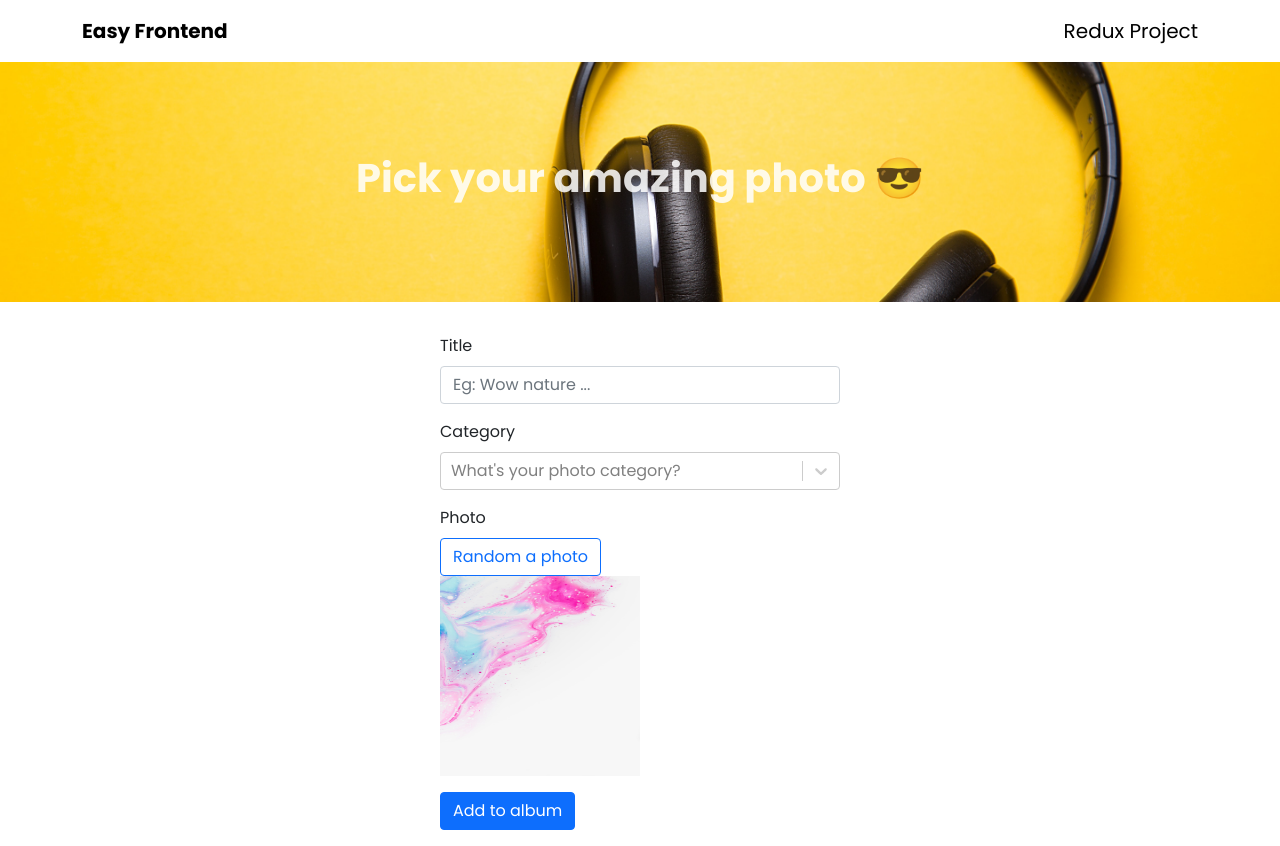
Repository: duckhai80/Redux-photo-app
Page: /photos/add
An editor plug-in stored every save of this project. The page is shown before and after the next save, followed by the edit.
The browser window is 1280 px wide. The pictures show the whole page.
The project was rebuilt for these pictures with package versions that can differ from the ones it lists, and the page was loaded fresh each time. Also part of the build but not shown: src/App.css, src/components/NotFound/index.jsx.

Above is the page before, as saved 2021-10-29 14:37:20.

After the next save:
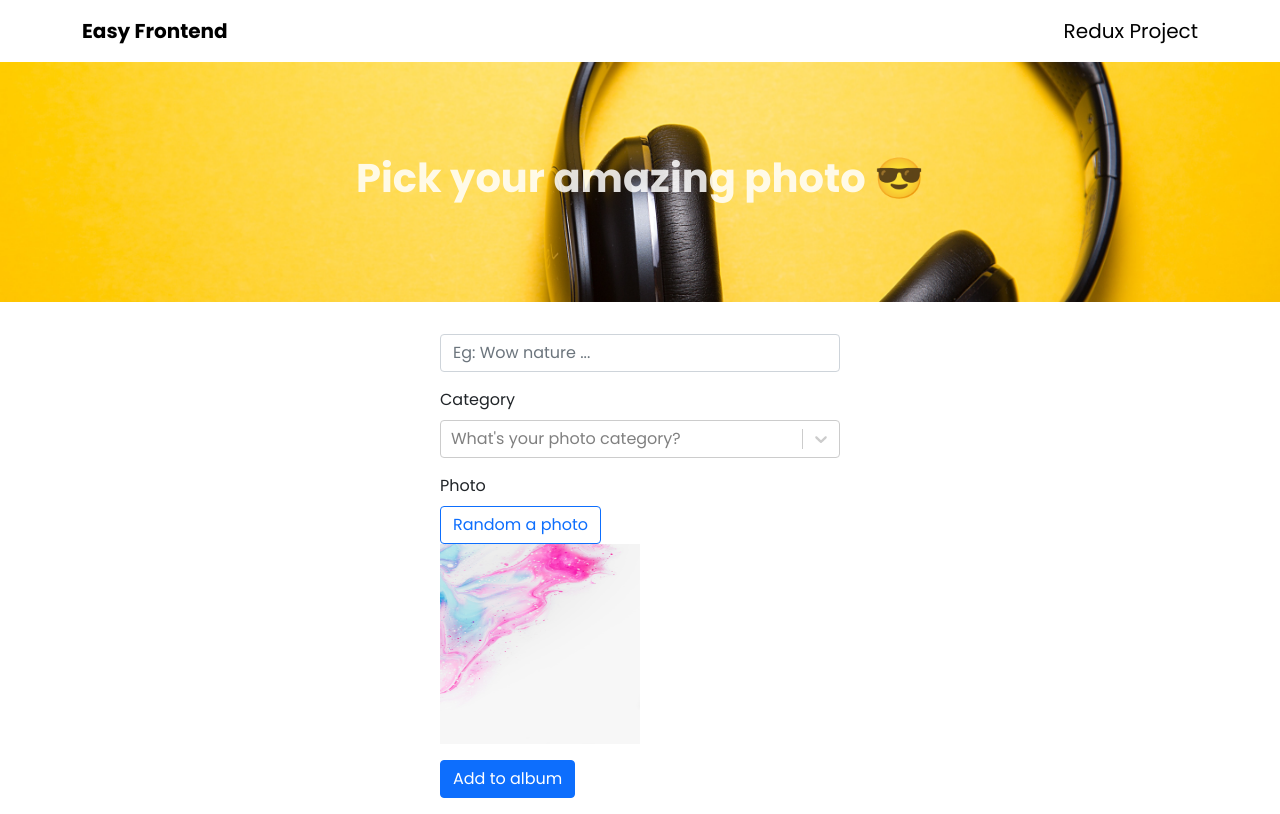
Saved 62 s later.
--- a/src/features/Photo/components/PhotoForm/index.jsx
+++ b/src/features/Photo/components/PhotoForm/index.jsx
@@ -31,7 +31,7 @@
             <FastField
               name="title"
               component={InputField}
-              label="Title"
+              label=""
               placeholder="Eg: Wow nature ..."
             />
 

After the save that followed:
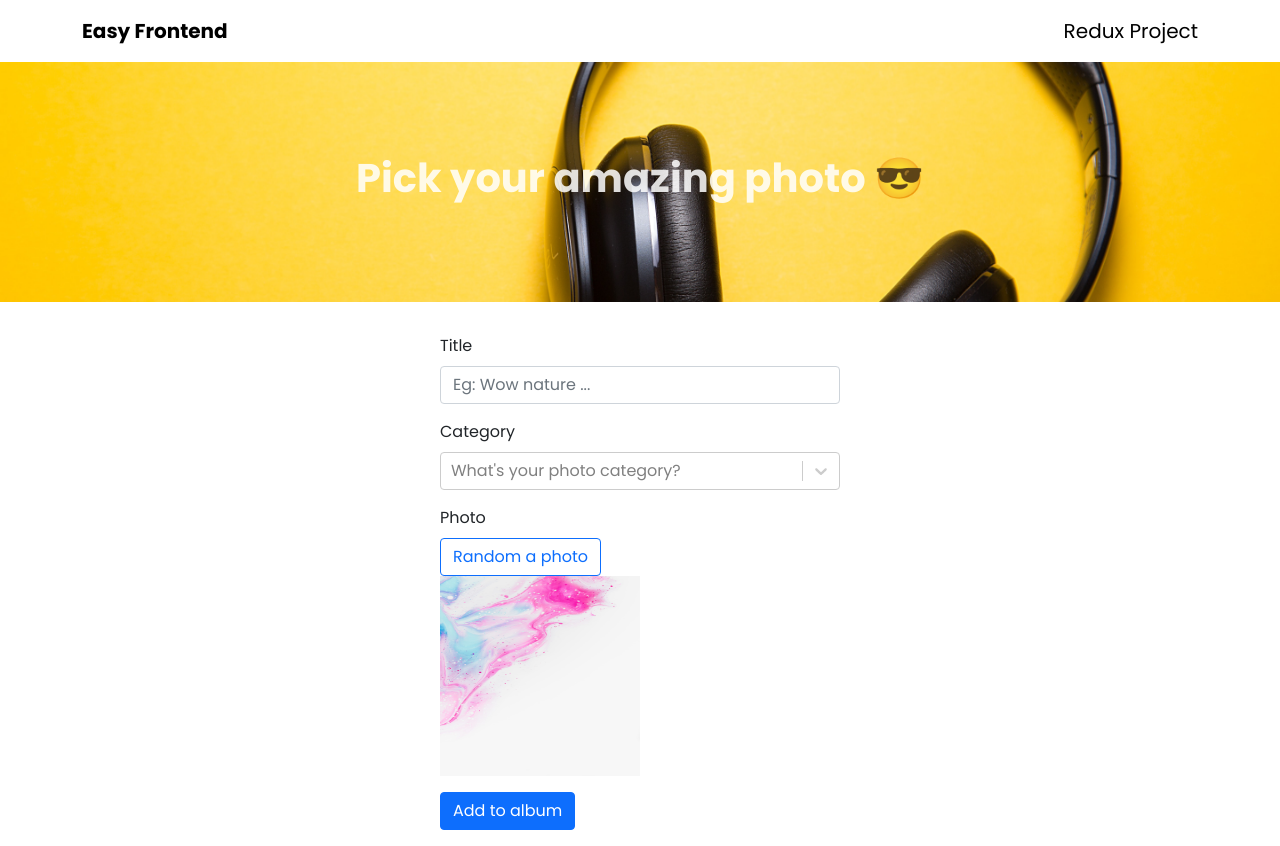
Saved 18 s later.
--- a/src/features/Photo/components/PhotoForm/index.jsx
+++ b/src/features/Photo/components/PhotoForm/index.jsx
@@ -31,7 +31,7 @@
             <FastField
               name="title"
               component={InputField}
-              label=""
+              label="1"
               placeholder="Eg: Wow nature ..."
             />
 
